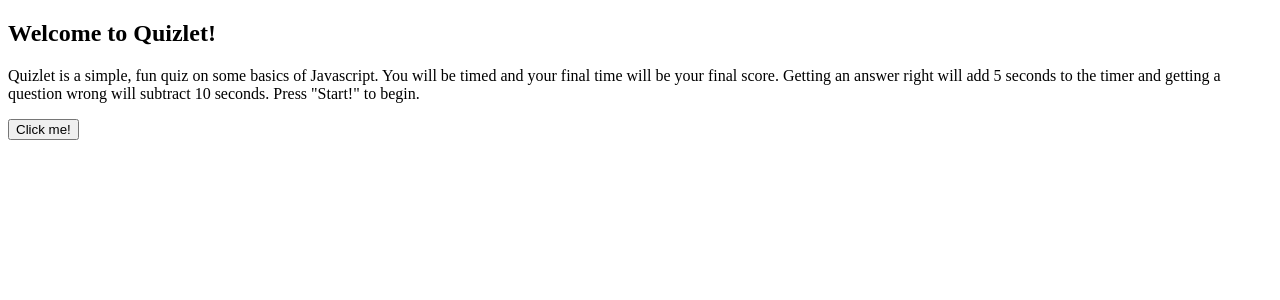
Repository: Pauldan1988/timed-quiz
Page: index.html
These files come from the project's save history. The page is drawn as it stood at one moment and after a run of saves; the edit follows.
The browser window is 1280 px wide. The pictures show the whole page.

Above is the page before, as saved 2023-01-24 18:26:17.

After the next 2 saves:
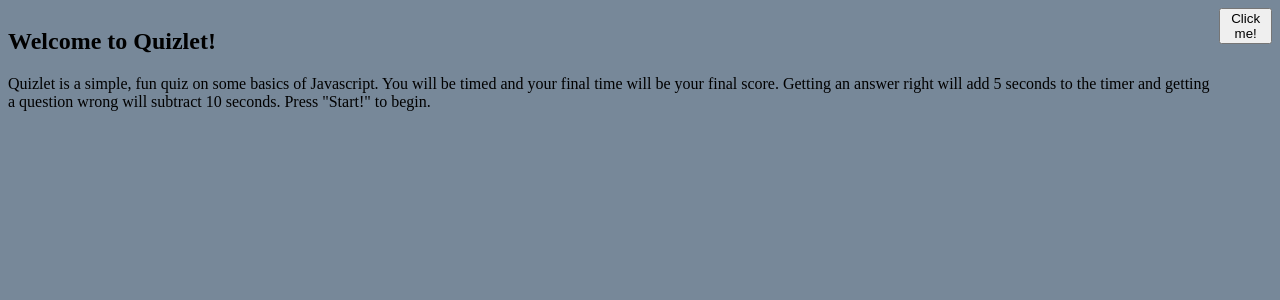
The 2 saves are shown as one change because they came seconds apart.
The last was saved 29 s later.
--- a/assets/CSS/style.css
+++ b/assets/CSS/style.css
@@ -1,4 +1,4 @@
-main {
+body {
     display: flex;
     background-color: lightslategrey;
 }
